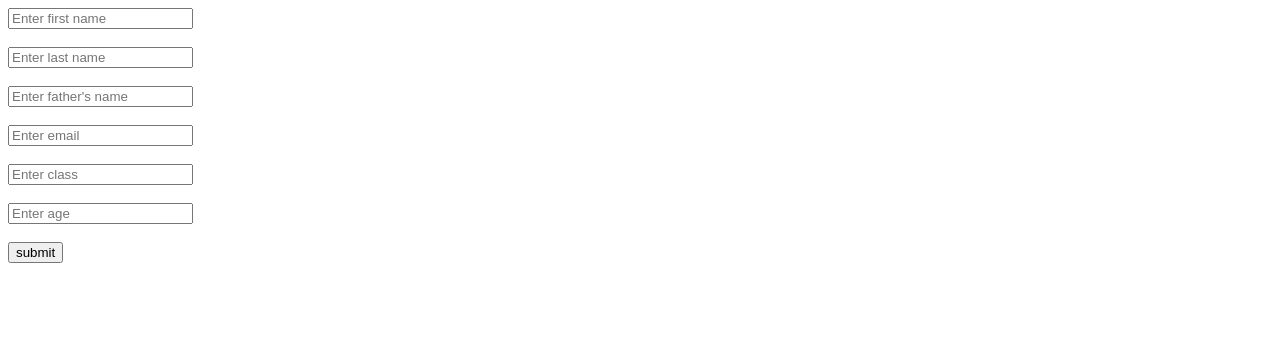
Repository: meta-pranjal-agrawal/software_fundamentals
Page: EAD/ead_assignment2/EADSession3/WebContent/Index.html
The author's editor kept a copy of each file at every save. The page is drawn from the files as they stood at one save, then again after the next save.
The browser window is 1280 px wide. The pictures show the whole page.

Above is the page before, as saved 2020-02-01 10:29:25.

After the next save:
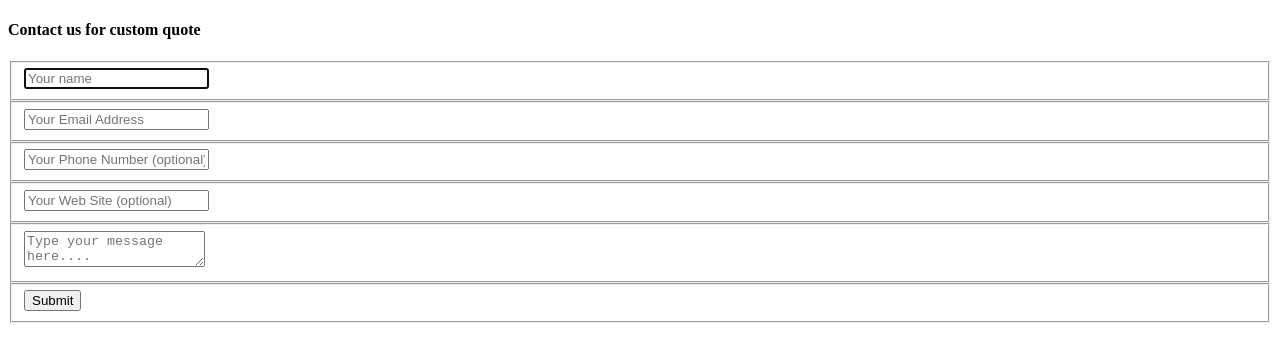
Saved 49 s later.
--- a/EAD/ead_assignment2/EADSession3/WebContent/Index.html
+++ b/EAD/ead_assignment2/EADSession3/WebContent/Index.html
@@ -5,15 +5,29 @@
 <title>Student Registration Form</title>
 </head>
 <body>
-<form>
-	<input type="text" placeholder="Enter first name" id="firstname"> <br> <br>
-	<input type="text" placeholder="Enter last name"  id="lastname"> <br> <br>
-	<input type="text" placeholder="Enter father's name" id="fathername"> <br><br>
-	<input type="email" placeholder="Enter email" id="email"> <br><br>
-	<input type="number" placeholder="Enter class" id="class"> <br><br>
-	<input type="number" placeholder="Enter age" id="age"> <br><br>
-	<input type="submit" value="submit">
+<div class="container">
+ <form id="contact" action="" method="post">
+   <h4>Contact us for custom quote</h4>
+   <fieldset>
+     <input placeholder="Your name" type="text" tabindex="1" required autofocus>
+   </fieldset>
+   <fieldset>
+     <input placeholder="Your Email Address" type="email" tabindex="2" required>
+   </fieldset>
+   <fieldset>
+     <input placeholder="Your Phone Number (optional)" type="tel" tabindex="3" required>
+   </fieldset>
+   <fieldset>
+     <input placeholder="Your Web Site (optional)" type="url" tabindex="4" required>
+   </fieldset>
+   <fieldset>
+     <textarea placeholder="Type your message here...." tabindex="5" required></textarea>
+   </fieldset>
+   <fieldset>
+     <button name="submit" type="submit" id="contact-submit" data-submit="...Sending">Submit</button>
+   </fieldset>
 
-</form>
+ </form>
+</div>
 </body>
 </html>
